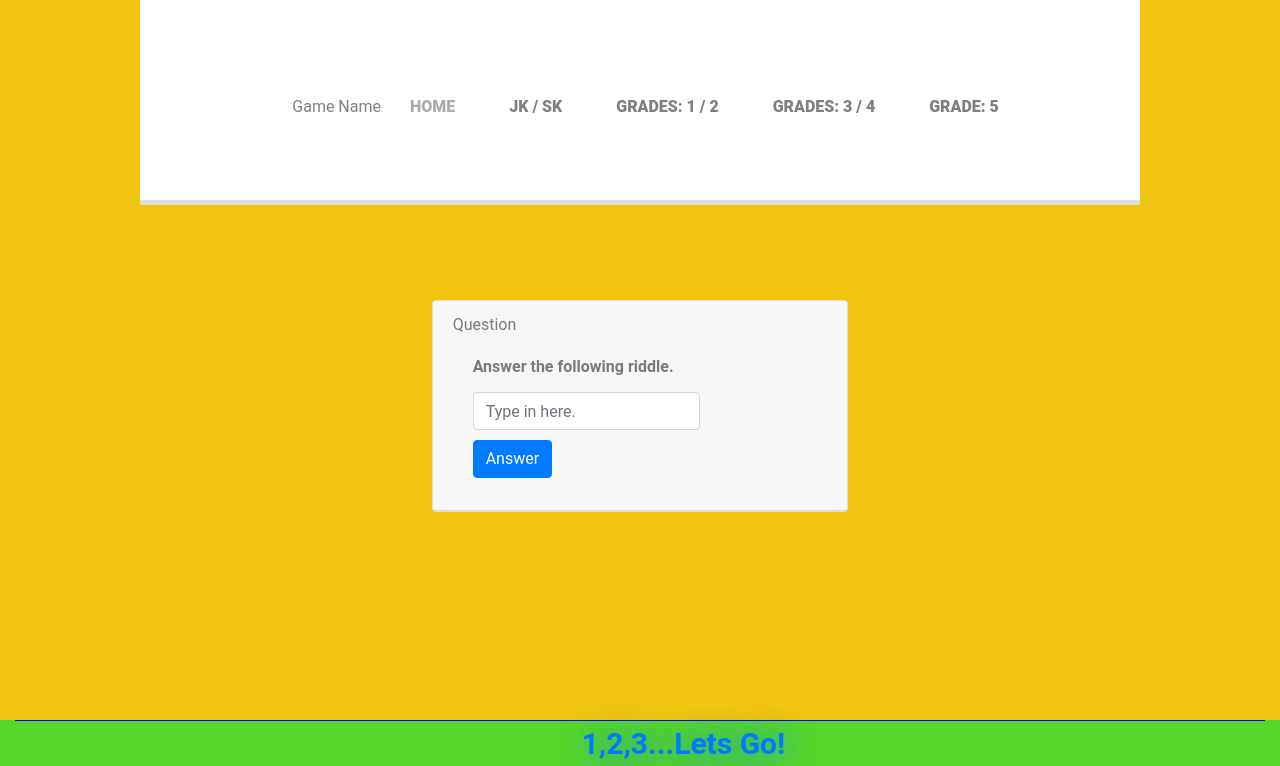
Repository: hanihassan1/Riddle-Game
Page: http://localhost/jk_sk
The author's editor kept a record of every edit. The page is drawn from the files as they stood at one moment, then again after the next edit.
The browser window is 1280 px wide. The pictures show the whole page.
Some web fonts or font styles are not loaded; a fallback is used. The page is served by the project's application, run on Flask 3 (run.py).

Above is the page before.

### templates/jk_sk.html
{% extends 'base.html' %}
{% block head %}
<script src="{{ url_for('static', filename='main.js')  }}"></script>

{% endblock %}
{% block content %}

<section id="nav_catog">
  <div class="container-fluid">
    <div class="row no-gutters">
      <div class="col-sm-1"></div>
      <div class="col-sm-10"></div>
    <nav class="shift">

    <ul>
      <img id="logoOne" src="">Game Name
      <a href="{{url_for('index') }}" class="logo">
        <li><a href="https://9756ebca0b6a461ca3515f5d51d978ee.vfs.cloud9.us-east-1.amazonaws.com">Home</a></li>
        <li><a id="jk_sk" class="" onclick="req_question(this.id)">JK / SK </a></li>
        <li><a id="1-2" class="" onclick="req_question(this.id)">Grades: 1 / 2</a></li>
        <li><a id="3-4" class="" onclick="req_question(this.id)">Grades: 3 / 4</a></li>
        <li><a id="5" class="" onclick="req_question(this.id)">Grade: 5</a></li>
        <li><a id="5" class="hide" onclick="leadership(this.id)">Grade: 5</a></li>
    </ul>
  </nav>
   </div>
  </div>

  <h2>{{user}}</h2>


  <div class="container-fluid">
    <div class="row card_row no-gutters">
      <div class="col-sm-4"></div>
      <div class="col-sm-4">
      <div class="card">
        <div class="card-header">
          Question

          <div class="card-body">
            <h6 class="card-title"><b>Answer the following riddle.</b></h6>
            <p class="riddleQ" id="riddle_place"></p>
            <input name="answer" type="text" class="form-control" placeholder="Type in here." id="answer_box" required data-validation-required-message="Answer">
            <a href="#" class="btn btn-primary" id="answerId" onclick="getData()">Answer</a>
          </div>
        </div>
      </div>
      </div>
      <div class="col-sm-4"></div>
    </div>
  </div>


</section>


  <div class="modal fade" id="myModal" role="dialog">
    <div class="modal-dialog modal-sm">


      <div class="modal-content">
        <div class="modal-header">
          <button type="button" class="close" data-dismiss="modal">&times;</button>
          <h4 class="modal-title">Score Card</h4>
        </div>
        <div class="modal-body">
          <p id="wrong_answer"></p>
        </div>
        <div class="modal-footer">
          <button type="button" class="btn btn-default" id="u-scoreId" data-dismiss="modal" onclick="location.href = 'https://9756ebca0b6a461ca3515f5d51d978ee.vfs.cloud9.us-east-1.amazonaws.com/leadership';">Close</button>
        </div>
      </div>

    </div>
  </div>



        <div id="incorrect" class="hide">
                        <p id="result-icon" class="m-0">
                            <i class="fas fa-exclamation"></i>
                        </p>
                        <p id="guess-again">Try again!</p>

                    </div>


<script type="text/javascript">
  function req_question(user_category) {
    $("#" + user_category).addClass("active");
    var xhttp = new XMLHttpRequest();
    xhttp.open("GET", "{{url_for('get_question') }}" + "?category=" + user_category, true);
    xhttp.send();
    xhttp.onreadystatechange = function() {
      if (this.readyState == 4 && this.status == 200) {
        document.getElementById('riddle_place').innerHTML = this.response;
      }
    };



  }
var score = 0
  function getData() {
    var question = $("#riddle_place").text();
    var answers = $("#answer_box").val();
    var category = $(".active").attr("id");
    var que_ans = new XMLHttpRequest();

    que_ans.onreadystatechange = function() {
      if (que_ans.readyState === 4 && que_ans.status === 200) {
        if ((this.responseText).replace("\n", "") == "true") {
          score += 1;
          req_question(category);
        }
        else {
        $("#wrong_answer").text("Incorrect Answer, Your Score is : " + score);
        $("#myModal").modal();
        send_score();
      }
      }
    };

    que_ans.open("GET", "{{url_for('que_ans') }}" + "?question=" + question + "&answer=" + answers + "&category=" + category, true);
    que_ans.send();
  }

  function send_score(){
    var name = "{{user}}"
    var name_score = new XMLHttpRequest();

    name_score.onreadystatechange = function() {
      if (name_score.readyState === 4 && name_score.status === 200) {
        if ((this.responseText).replace("\n", "") == "true") {
          score += 1;
          send_score(score);
        }

  }
};




 name_score.open("GET", "{{url_for('user_score') }}" + "?name=" + name + "&score=" + score, true);
 name_score.send();
}

// function next_page() {
//     next_page.open("GET", "{{url_for('index') }}" );
//     next_page.send();
//     $("#sendMessageButton1").on("click", function() {
//     next_page($("#grade").val());
//     }
// }
</script>



{% endblock %}

### templates/base.html
<!DOCTYPE html>
<html lang="en">

<head>
    <meta charset="UTF-8">
    <meta name="viewport" content="width=device-width, initial-scale=1.0">
    <meta http-equiv="X-UA-Compatible" content="ie=edge">
    <meta name="description" content="">
    <meta name="author" content="">

    <title>{{title}}</title>
    <link rel="stylesheet" href="https://stackpath.bootstrapcdn.com/bootstrap/4.3.1/css/bootstrap.min.css" integrity="sha384-ggOyR0iXCbMQv3Xipma34MD+dH/1fQ784/j6cY/iJTQUOhcWr7x9JvoRxT2MZw1T" crossorigin="anonymous">
    <script src="https://code.jquery.com/jquery-3.3.1.slim.min.js" integrity="sha384-q8i/X+965DzO0rT7abK41JStQIAqVgRVzpbzo5smXKp4YfRvH+8abtTE1Pi6jizo" crossorigin="anonymous"></script>
    <script src="https://cdnjs.cloudflare.com/ajax/libs/popper.js/1.14.7/umd/popper.min.js" integrity="sha384-UO2eT0CpHqdSJQ6hJty5KVphtPhzWj9WO1clHTMGa3JDZwrnQq4sF86dIHNDz0W1" crossorigin="anonymous"></script>
    <script src="https://stackpath.bootstrapcdn.com/bootstrap/4.3.1/js/bootstrap.min.js" integrity="sha384-JjSmVgyd0p3pXB1rRibZUAYoIIy6OrQ6VrjIEaFf/nJGzIxFDsf4x0xIM+B07jRM" crossorigin="anonymous"></script>
    <link href="{{ url_for('static', filename='css/style.css')  }}" rel="stylesheet" type="text/css">
    <link rel="stylesheet" href="https://cdnjs.cloudflare.com/ajax/libs/hover.css/2.3.1/css/hover.css" />
    {% block head %} {% endblock %}
</head>

<body>


        {% block content %} {% endblock %}





    <footer>
        <div class="container-fluid">
            <div class="row no-gutters foot-edit">
                <div class="col-md-4"></div>
                <div class="col-md-4"><strong><a class="footer-name" href="{{url_for('index') }}">1,2,3...Lets Go!</a></strong></div>
                <div class="col-md-4"></div>
            </div>
        </div>
    </footer>

    <script src="{{ url_for('static', filename='main.js')  }}"></script>
</body>

</html>

### run.py
import os
from flask import Flask,render_template, request, flash, jsonify
import json
import random
import numpy



app = Flask(__name__)
app.secret_key = "its_secure"

@app.route('/', methods=["GET", "POST"])
def index():
     if request.method=="POST":
        print(request.form)
        file= open("user_info.txt", "a")
        file.write("Name:{},Age:{},Grade:{}\n"
                  .format(request.form['name'],request.form['age'],
                  request.form['grade']))
        file.close()
        flash(" Hello {}, Welcome! Let's get started. Choose a grade."
        .format(request.form['name']))
     return render_template("index.html", title = "Home Page")



@app.route('/jk_sk/', methods=["GET", "POST"])
def jk_sk_ans():
    args = request.args
    username = args['username']
    return render_template("jk_sk.html", user=username)


@app.route('/get_score/api/v1/', methods=["GET", "POST"])
def user_score():
    my_arg = request.args
    post_name = my_arg['name']
    post_score = my_arg['score']
    file_score = open("user_scores.txt", "a")
    file_score.write(post_name + "\n" + post_score + "\n")
    file_score.close()

    return jsonify("true")



@app.route('/checkans/api/v1/', methods=['GET'])
def que_ans():
    my_arg = request.args
    check_ques = my_arg['question']
    check_ans = my_arg['answer']
    check_category = my_arg['category']
    if check_category == "jk_sk":
        file_name = "data/jk_sk.json"
    if check_category == "1-2":
        file_name = "data/one_two.json"
    if check_category == "3-4":
        file_name = "data/three_four.json"
    if check_category == "5":
        file_name = "data/five.json"
    print(file_name, check_category)
    file = open(file_name, "r")
    file_data = file.read()
    file_data = json.loads(file_data)
    print(file_data)
    for items in file_data:
        if (items['question'].rstrip() == check_ques.rstrip().replace('"', '')):
            if items['answer'] == check_ans:
                return jsonify(True)
            else:
                return jsonify(False)

@app.route('/get_question/api/v1/', methods=['GET'])
def get_question():
    my_arg = request.args
    check_ans = my_arg['category']
    if check_ans == "jk_sk":
        file_name = "data/jk_sk.json"
    if check_ans == "1-2":
        file_name = "data/one_two.json"
    if check_ans == "3-4":
        file_name = "data/three_four.json"
    if check_ans == "5":
        file_name = "data/five.json"
    file = open(file_name, "r")
    all_questions = json.loads(file.read())
    random_number = random.randint(0, len(all_questions) - 1)
    ask_question = all_questions[random_number]["question"]
    return jsonify(ask_question)


@app.route('/leadership')
def leadership():
    file = open("user_scores.txt", "r")
    score_data = file.readlines()
    username = []
    score = []
    final_user_list = []
    file.close()
    for i in range(0, len(score_data)):
        if i % 2 == 0:
            username.append(score_data[i].replace('\n',''))
        else:
            score.append(int(score_data[i].replace('\n','')))
    score_index_before_sort = numpy.argsort(score)
    for index in score_index_before_sort:
        final_user_list.append(username[index])
    score = sorted(score)
    if len(score) > 10:
        score = score[-10:]
        final_user_list = final_user_list[-10:]
    return render_template("leadership.html", title = "Leadership Board Page", username =final_user_list , score = score)



@app.route('/jk_sk')
def jk_sk():
    return render_template("jk_sk.html", title = "Jk/Sk Page")


@app.route('/one_two')
def one_two():
    return render_template("one_two.html", title = "Grades: 1 / 2 Page")

@app.route('/three_four')
def three_four():
    return render_template("three_four.html", title = "Grades: 3 / 4 Page")

@app.route('/five')
def five():
    return render_template("five.html", title = "Grade: 5  Page")


@app.route('/check_answer/', methods=["GET"])
def check_answer():
    my_arg = request.args
    question = my_arg['question']
    answers = my_arg['answer']
    answer_return = ""
    with open("data/jk_sk.json", 'r') as file1:
        answer_file = json.load(file1)
    for answer in answer_file:
        print(answer)
        if answer['question'] == question:
            if answer['answer'] == answers:
                answer_return = "True"
            else:
                answer_return = "False"
    return jsonify({'result':answer_return})


if __name__ == '__main__':
    app.run(host=os.environ.get('IP'),
    port=int(os.environ.get('PORT')),
    debug=True)

### static/css/style.css
@import url('https://fonts.googleapis.com/css?family=Varela+Round:100,200,300,400,500,600,700|EXO:100,200,300,400,500,600,700');
@import url('https://fonts.googleapis.com/css?family=Cantarell:700i:100,200,300,400,500,600,700|EXO:100,200,300,400,500,600,700');

body {
    font-family: 'Varela Round', sans-serif;
    background-color:#57D62C;
    height: 100vh;

}
html {
 scroll-behavior: smooth;
}

.hide {
    display: none !important;
}


a {
    text-decoration: none !important;
}

html {
 scroll-behavior: smooth;
}

/*header*/
#logoOne  {
  border-radius: 15%;
}

.game_name {
  text-align:center;
     padding-bottom: 25px;

}


/*index*/

.signin  {
  color:#007bff;

}


body {
  font-family: 'Roboto', sans-serif;
  padding: 0;
  margin: 0;
}

small {
  font-size: 12px;
  color: rgba(0, 0, 0, 0.4);
}

h1 {
  text-align: center;
  padding: 50px 0;
  font-weight: 800;
  margin: 0;
  letter-spacing: -1px;
  color: inherit;
  font-size: 40px;
}



h2 {
  text-align: center;
  font-size: 30px;
  margin: 0;
  font-weight: 300;
  color: inherit;
  padding: 50px;
}

.center {
  text-align: center;
}



section {
  height: 100vh;
}

/* NAV */


nav {
  width: 80%;
  margin: 0 auto;
  background: #fff;
  padding: 50px 0;
  box-shadow: 0px 5px 0px #dedede;
}

nav ul {
  list-style: none;
  text-align: center;
}
nav ul li {
  display: inline-block;
}
nav ul li a {
  display: block;
  padding: 15px;
  text-decoration: none;
  color: #aaa;
  font-weight: 800;
  text-transform: uppercase;
  margin: 0 10px;
}
nav ul li a,
nav ul li a:after,
nav ul li a:before {
  transition: all .5s;
}
nav ul li a:hover {
  color: #555;
}

nav.shift ul li a {
  position:relative;
  z-index: 1;
}
nav.shift ul li a:hover {
  color: #91640F;
}
nav.shift ul li a:after {
  display: block;
  position: absolute;
  top: 0;
  left: 0;
  bottom: 0;
  right: 0;
  margin: auto;
  width: 100%;
  height: 1px;
  content: '.';
  color: transparent;
  background: #F1C40F;
  visibility: none;
  opacity: 0;
  z-index: -1;
}
nav.shift ul li a:hover:after {
  opacity: 1;
  visibility: visible;
  height: 100%;
}

#nav_catog  {
  background: #f1c40f;
  color: rgba(0, 0, 0, 0.5);

}


/* form-index */
#sendMessageButton1     {
    opacity: 9;
     background-color: #A9A9A9;
    border-radius: 10%;
    color: #484848;
}
.sect  {
      height: 100vh;

}
.form-edit  {
  padding-top:20px;

}


.form-control {

     width: 68%!important;

}
.btn {
 margin-top:10px;
}
.form-edit {
  height:75%;
   padding-top: 32px;

}


.card_row   {
  /*margin-left:28%;*/
  /*margin-top:10px;*/
}


.card-body {

}

/*footer*/



.footer-name {
  text-align:center;
  padding-left:150px;
  font-size:30px;
  text-shadow: 2px 2px 30px #007bff;

}


.foot-edit  {
  border-top:1px solid blue;
}



.lead-head  {
  text-align:center;
   font-family: 'Roboto', sans-serif;
  font-size:30px;
   color:#007bff;
}

.lead-backg {
    height: 73vh;
}


.table {
  width: 500px;
  padding-right: 10%;
  font-size:20px;
}

.lead-homebt {
 font-size:30px;
 padding-bottom:50px;
}

.active {
  background-color: red;
}

### static/main.js
function getData() {
  var question = $("#riddle_place").text();
  var answers = $("#answer_box").val();
  var category = $(".active").attr("id");
  var que_ans = new XMLHttpRequest();
  que_ans.onreadystatechange = function() {
    if (que_ans.readyState === 4 && que_ans.status === 200) {


      document.getElementById('answerId').innerHTML = statusHTML;
    }
  };
  xhttp.open("GET", "{{url_for('que_ans') }}" + "?question=" + question + "&answers=" + answers + "&category=" + category, true);
  xhttp.send();
}






























// function req_data(answers) {
//   var xhttp = new XMLHttpRequest();
//   xhttp.onreadystatechange = function() {
//     if (this.readyState == 4 && this.status == 200) {
//       document.getElementById("answer").innerHTML = this.responseText;
//       myResponse = JSON.parse(this.responseText);
//         if ((myResponse.results) == True) {
//     }
//     else {
//       return false
//     }
//   };
//   xhttp.open("GET", "{{url_for('get_question') }}" + "?question=" + "answers" + answers  , true);
//   xhttp.send();
// }
// }


// $("#answerId").on("click", function() {

//     req_data($("#answer_box").val());

// });

After the next edit:
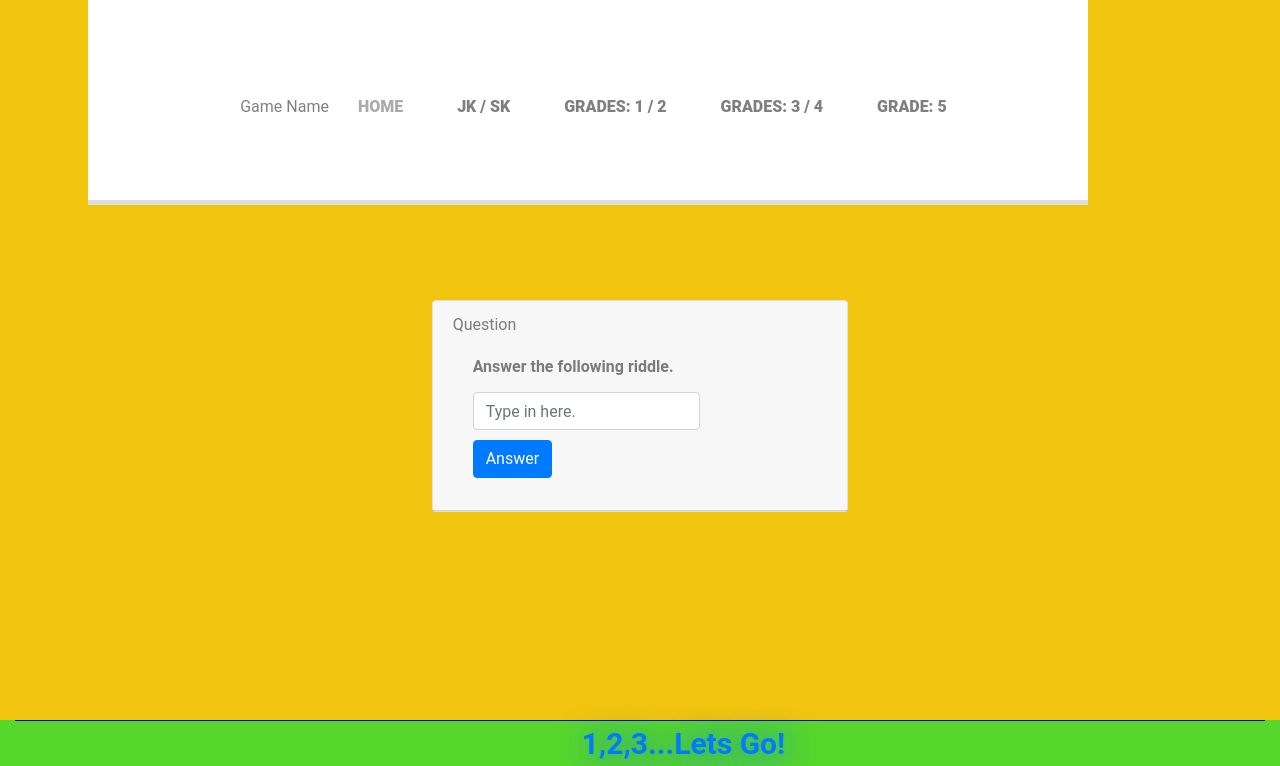
The edit:
--- a/templates/jk_sk.html
+++ b/templates/jk_sk.html
@@ -23,6 +23,7 @@
         <li><a id="5" class="hide" onclick="leadership(this.id)">Grade: 5</a></li>
     </ul>
   </nav>
+  <div class="col-sm-1"></div>
    </div>
   </div>
 
